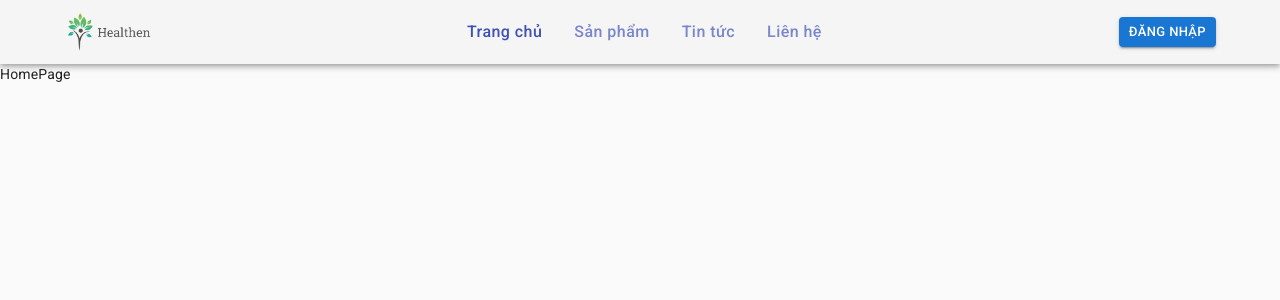
Repository: ndtrung341/Bao_Cao_PTW
Page: / (app in client/)
These files come from the project's save history. The page is drawn as it stood at one moment and after the next save; the edit follows.
The browser window is 1280 px wide. The pictures show the whole page.
The project was rebuilt for these pictures with package versions that can differ from the ones it lists, and the page was loaded fresh each time. Also part of the build but not shown: client/src/App.css, client/src/features/cart/index.jsx.

Above is the page before, as saved 2022-03-24 14:59:52.

After the next save:
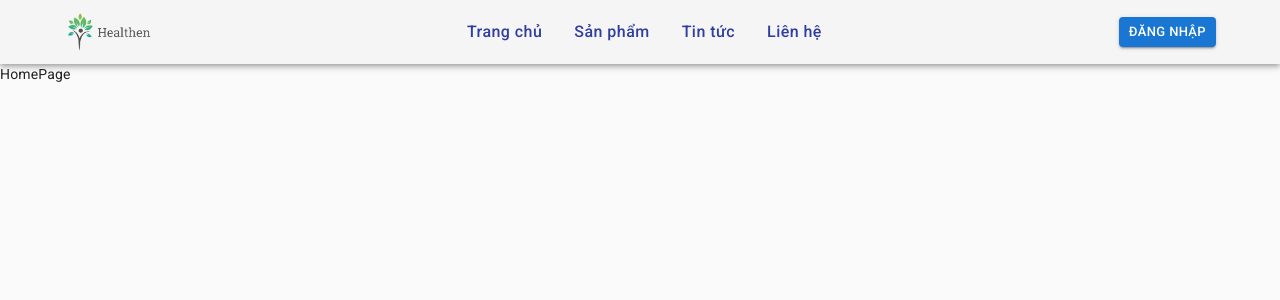
Saved 23 s later.
--- a/client/src/components/Header/HeaderMenu.jsx
+++ b/client/src/components/Header/HeaderMenu.jsx
@@ -16,11 +16,11 @@
       },
    },
    link: {
-      color: theme.palette.primary.light,
+      color: theme.palette.primary.dark,
       textTransform: 'none',
       textDecoration: 'none',
-      '&&.active': {
-         color: theme.palette.primary.main,
+      '& .active': {
+         color: 'red',
       },
    },
 }));
